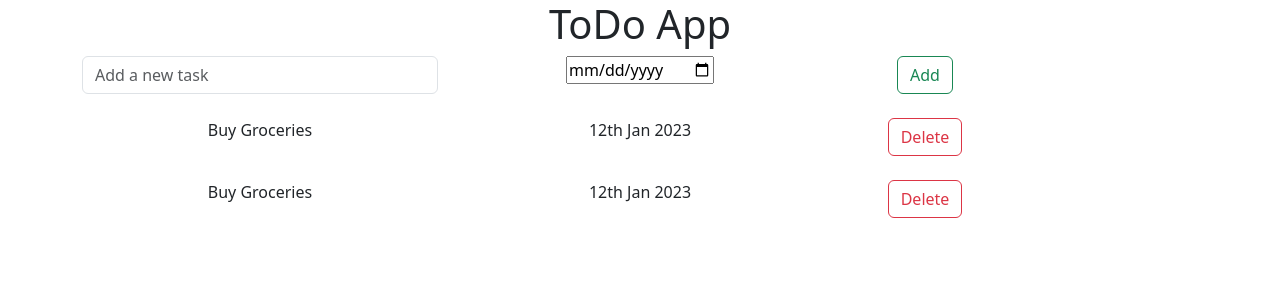
Repository: Mohitkumar1322/ReactTut
Page: / (app in ToDoApp/)
An editor plug-in stored every save of this project. The page is shown before and after the next save, followed by the edit.
The browser window is 1280 px wide. The pictures show the whole page.
The project was rebuilt for these pictures with package versions that can differ from the ones it lists, and the page was loaded fresh each time. Also part of the build but not shown: ToDoApp/vite.config.js.

Above is the page before, as saved 2025-08-24 11:26:27.

After the next save:
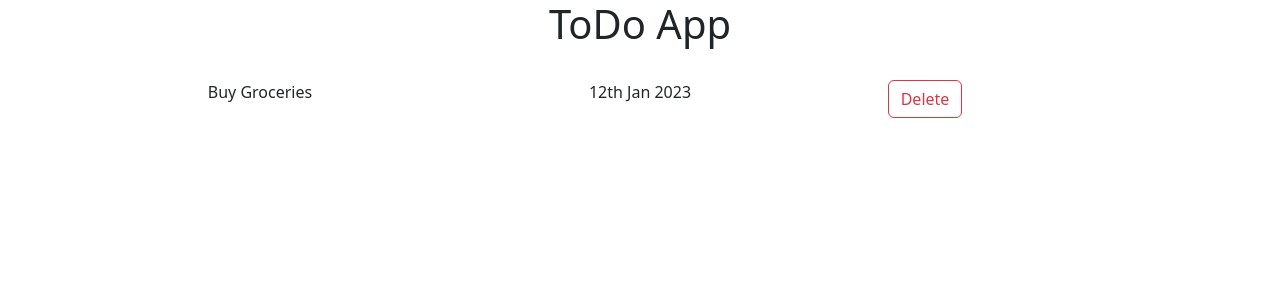
Saved 77 s later.
--- a/ToDoApp/src/App.jsx
+++ b/ToDoApp/src/App.jsx
@@ -6,25 +6,7 @@ function App() {
       <center>
        <AppName />
         <div class="container text-center">
-          <div class="row">
-            <div class="col-4">
-              <input type ="text" placeholder="Add a new task" class="form-control"/>
-            </div>
-            <div class="col-4">
-              <input type="date" />
-            </div>
-            <div class="col-2"><button type="button" class="btn btn-outline-success">Add</button></div>
-          </div>
-          <br />
-          <div class="row">
-            <div class="col-4">
-              Buy Groceries
-            </div>
-            <div class="col-4">
-              12th Jan 2023
-            </div>
-            <div class="col-2"><button type="button" class="btn btn-outline-danger">Delete</button></div>
-          </div>
+
           <br />
           <div class="row">
             <div class="col-4">
